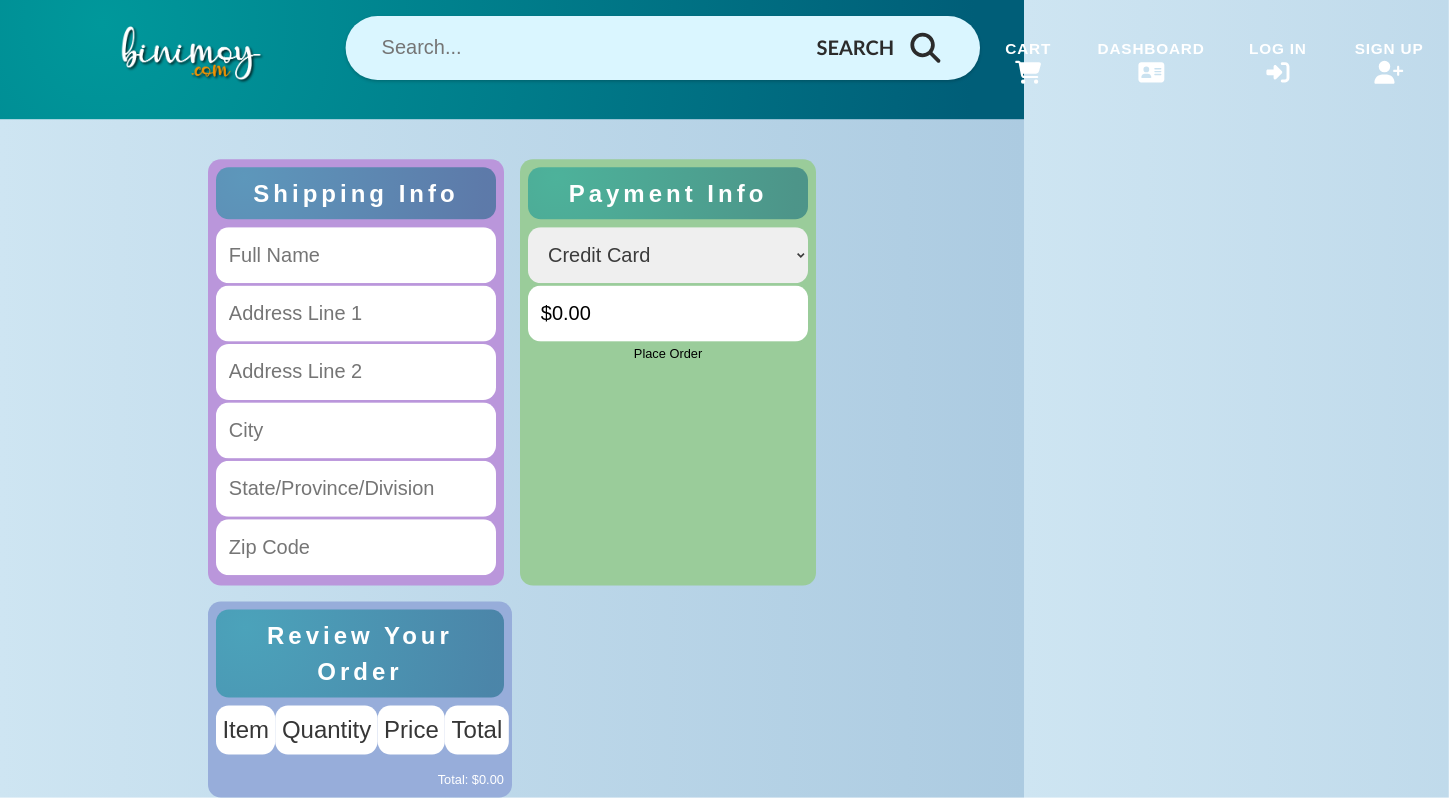
Repository: Shadman2024/2_1_DatabaseProject
Page: /checkout (app in frontend/)
The author's editor kept a copy of each file at every save. The page is drawn from the files as they stood at one save, then again after the next save.
The browser window is 1280 px wide. The page is 1811 px wide, so the pictures cover 1811 px, including what lies to the right of the window. The pictures show the whole page, at 80% of full size.
Some web libraries are served in a nearby version. The project was rebuilt for these pictures with package versions that can differ from the ones it lists, and the page was loaded fresh each time. Also part of the build but not shown: frontend/src/App.css, frontend/src/signUp/signup.js, frontend/src/logIn/login.js, frontend/src/Home/home.module.css, frontend/src/Home/hero.js, frontend/src/Home/hero2.js, frontend/src/Home/hero3.js, frontend/src/Home/smallcategory.module.css and 31 more.

Above is the page before, as saved 2024-03-08 15:39:31.

After the next save:
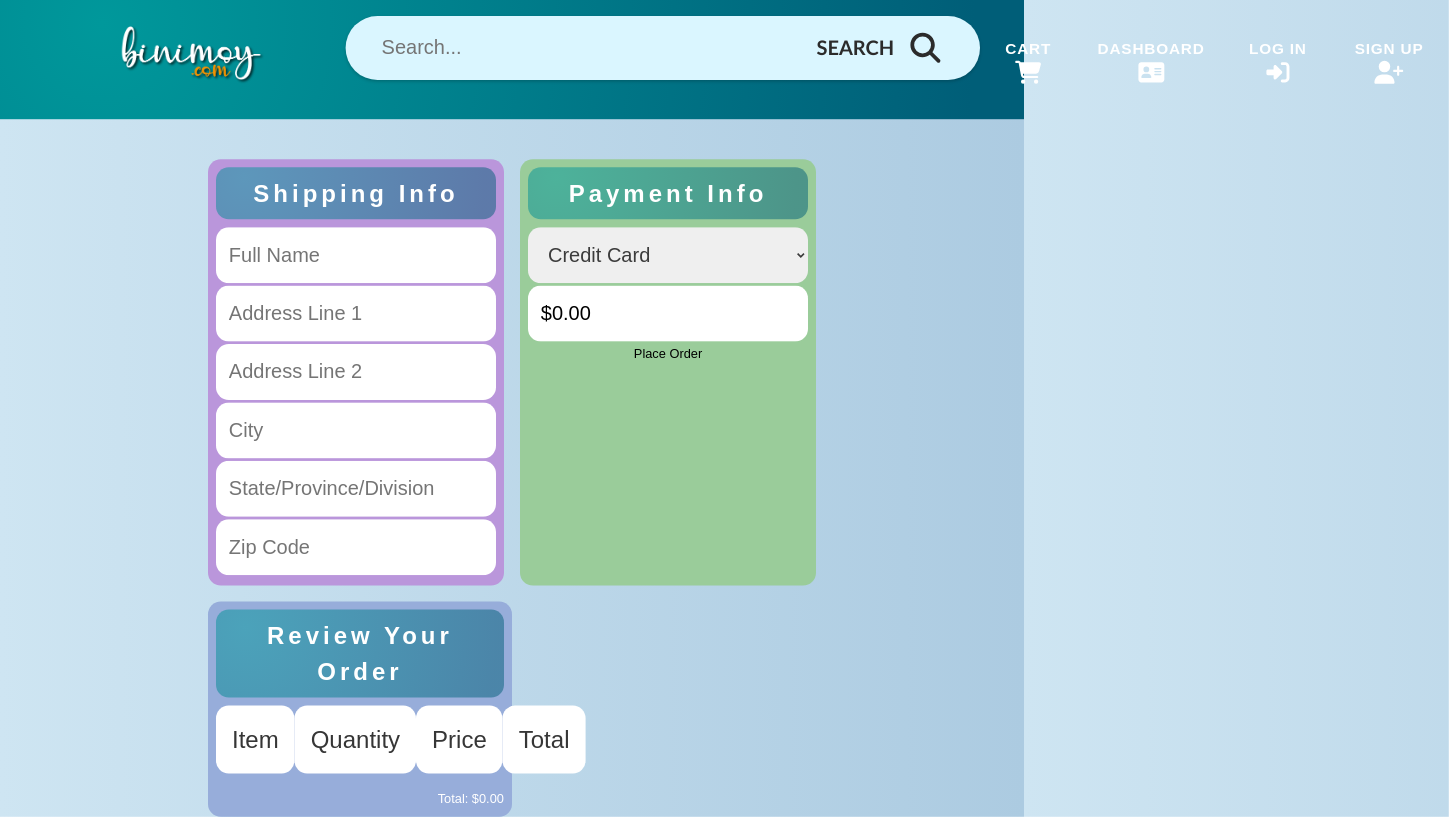
Saved 9 s later.
--- a/frontend/src/checkout/checkout.module.css
+++ b/frontend/src/checkout/checkout.module.css
@@ -127,7 +127,7 @@
     font-weight: normal;
     border-radius: 1rem 1rem 1rem 1rem;
     color: #363636;
-    margin-right: 20px;
+    padding: 20px;
   }
 
   .reviewTable tr:hover {

After the save that followed:
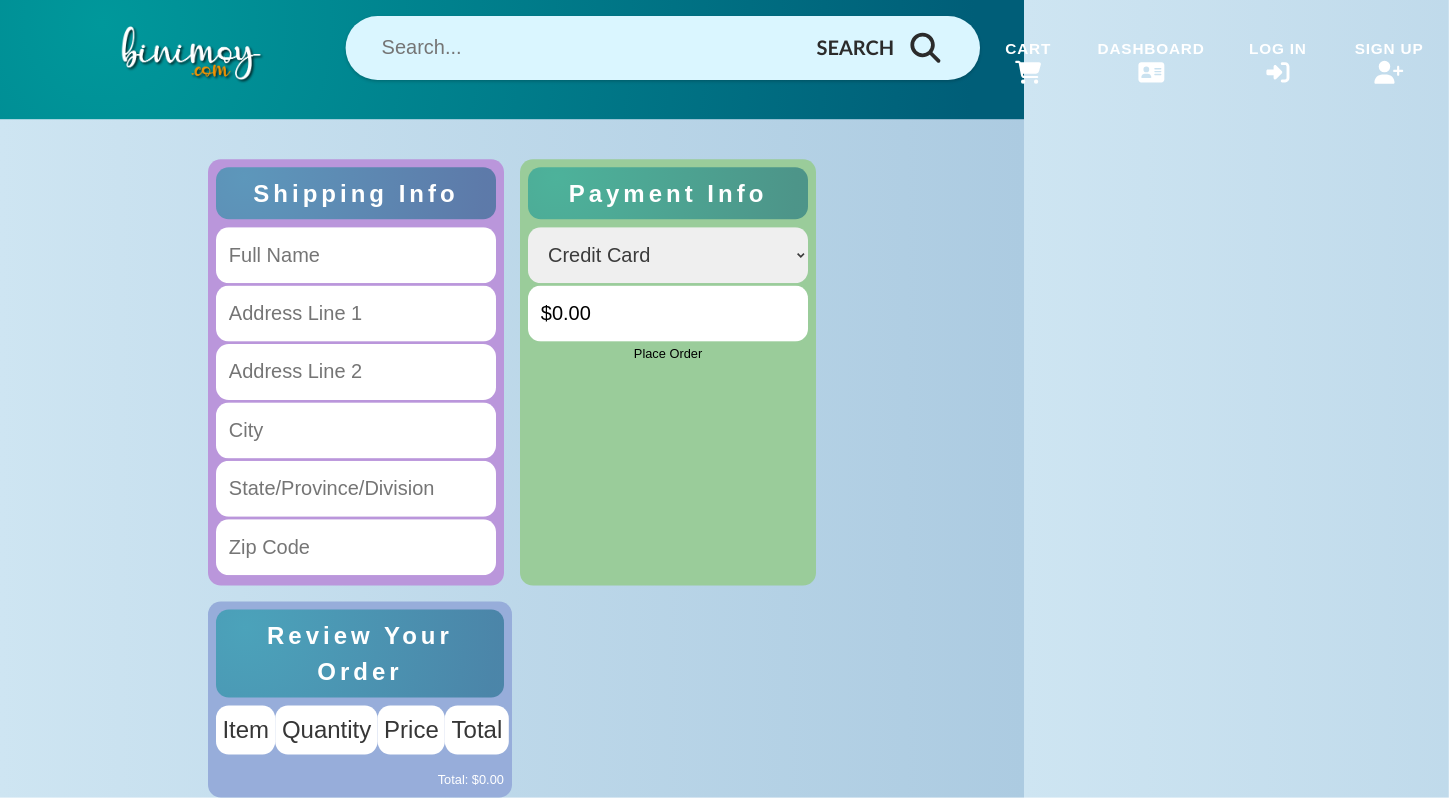
Saved 9 s later.
--- a/frontend/src/checkout/checkout.module.css
+++ b/frontend/src/checkout/checkout.module.css
@@ -127,7 +127,7 @@
     font-weight: normal;
     border-radius: 1rem 1rem 1rem 1rem;
     color: #363636;
-    padding: 20px;
+    margin: 20px;
   }
 
   .reviewTable tr:hover {
